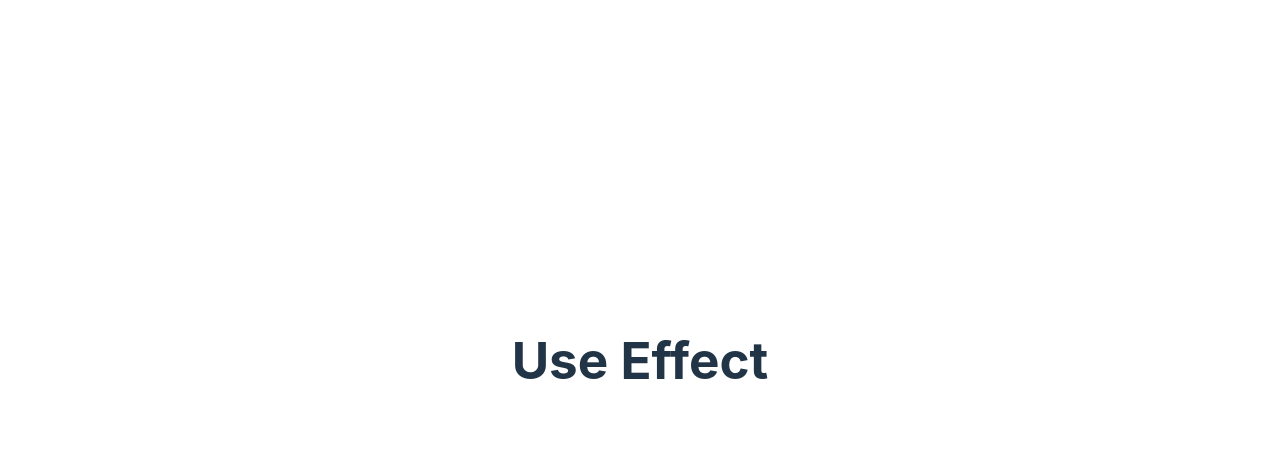
Repository: Aakash20bhatt/LearnReact
Page: / (app in Tut2/my-app/)
These files come from the project's save history. The page is drawn as it stood at one moment and after the next save; the edit follows.
The browser window is 1280 px wide. The pictures show the whole page.
The project was rebuilt for these pictures with package versions that can differ from the ones it lists, and the page was loaded fresh each time. Also part of the build but not shown: Tut2/my-app/vite.config.js, Tut2/my-app/src/Components/Header.jsx, Tut2/my-app/src/Components/UserProfile.jsx, Tut2/my-app/src/Components/Button.jsx, Tut2/my-app/src/Components/Counter.jsx, Tut2/my-app/src/Components/Form.jsx, Tut2/my-app/src/Components/AdvanceForm.jsx.

Above is the page before, as saved 2024-07-24 20:43:30.

After the next save:
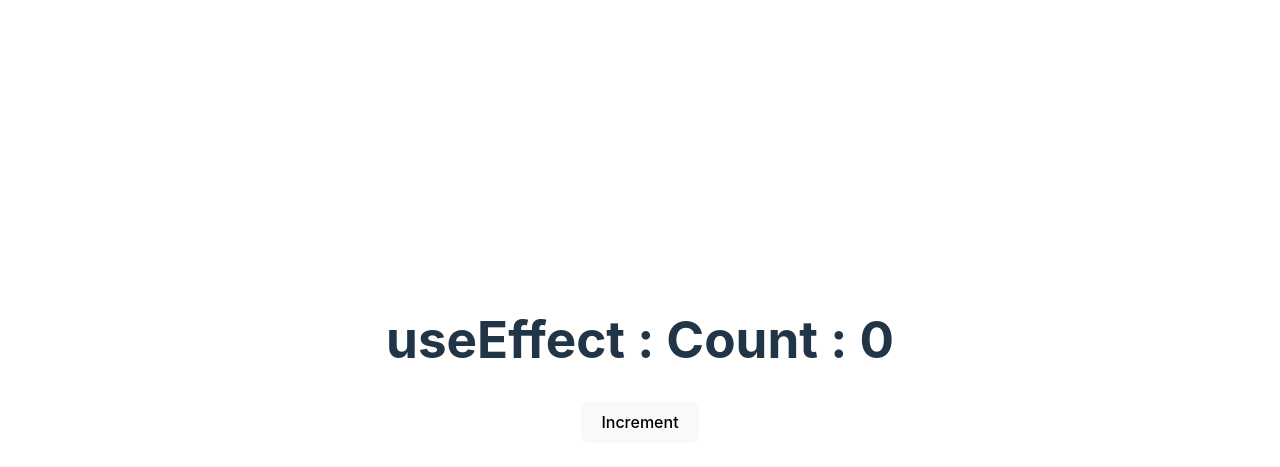
Saved 11 min 16 s later.
--- a/Tut2/my-app/src/Components/UE.jsx
+++ b/Tut2/my-app/src/Components/UE.jsx
@@ -1,5 +1,27 @@
+import { useEffect, useState } from "react"
 export default function UE(){
+    const [count,setCount] = useState(0);
+
+    // useEffect(()=>{
+    //     document.title = count;
+    //     console.log("Inside useEffect callback")
+    // },[]) // the callback we passed here will only be called once on mounting phase
+
+    // useEffect(()=>{
+    //     document.title = count;
+    //     console.log("Inside useEffect callback")
+    // },[count]) // the callback we passed here will be called on monuting + every update of count state;
+
+    useEffect(()=>{console.log("it will execute on all updates")})
+
+    // 1. empty -> only mounting
+    // 2. with dependency -> whenevev dependency changes cb execute
+    // 3. with no array passed -> execute on every update
+    console.log("UI render")
     return(
-        <h1>Use Effect</h1>
+        <div>
+            <h1>useEffect : Count :  {count}</h1>
+            <button onClick={()=>setCount(count+1)}>Increment</button>
+        </div>
     )
 }
